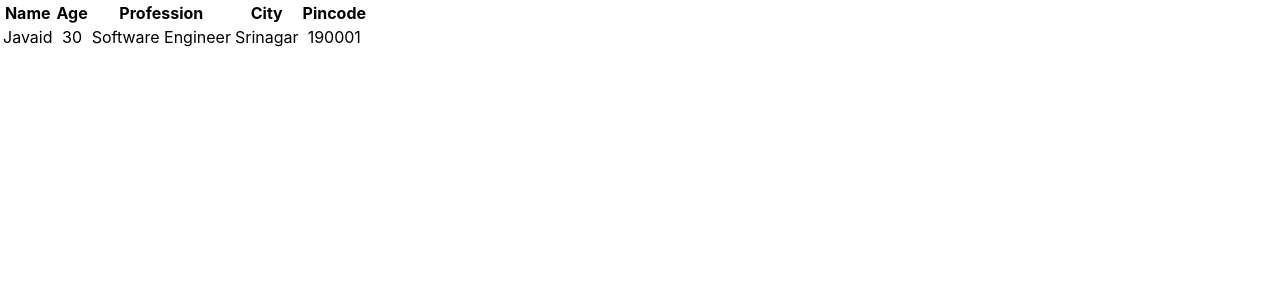
Repository: JavaidAhmadKhan/framer-motion-reacr
Page: /
These files come from the project's save history. The page is drawn as it stood at one moment and after a run of saves; the edit follows.
The browser window is 1280 px wide. The pictures show the whole page.
The project was rebuilt for these pictures with package versions that can differ from the ones it lists, and the page was loaded fresh each time.

Above is the page before, as saved 2022-05-19 17:43:41.

After the next 2 saves:
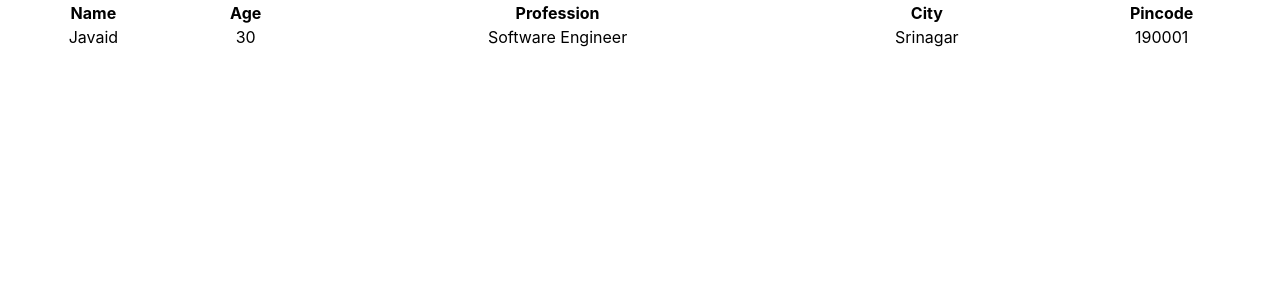
The 2 saves are shown as one change because 1 did not build or start.
The last was saved 78 s later.
--- a/src/App.js
+++ b/src/App.js
@@ -21,7 +21,7 @@ class App extends Component {
     console.log("render");
     return (
       <div className="App">
-        <table>
+        <table style={{ width: "100%" }}>
           <tr>
             <th>Name</th>
             <th>Age</th>
